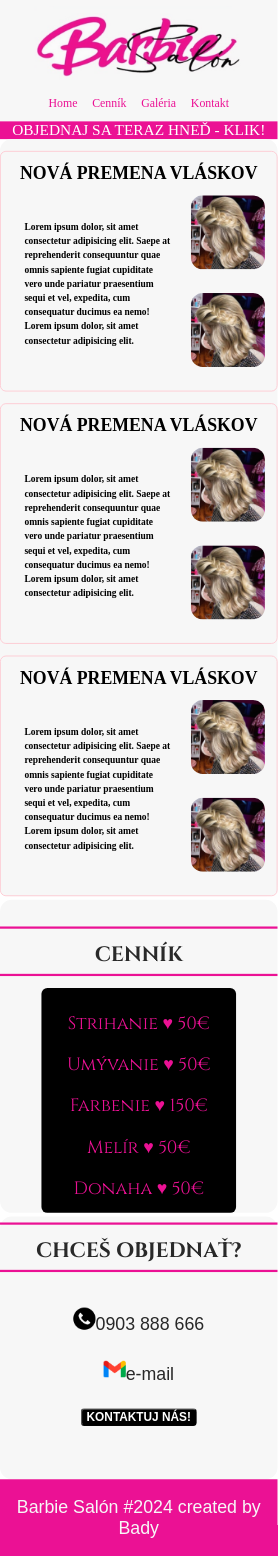
Repository: Badynko/Barbie-salon
Page: index.html
The author's editor kept a copy of each file at every save. The page is drawn from the files as they stood at one save, then again after the next save.
The browser window is 375 px wide. The pictures show the whole page, at 74% of full size.
Some web fonts or font styles are not loaded; a fallback is used.

Above is the page before, as saved 2024-08-08 17:39:24.

After the next save:
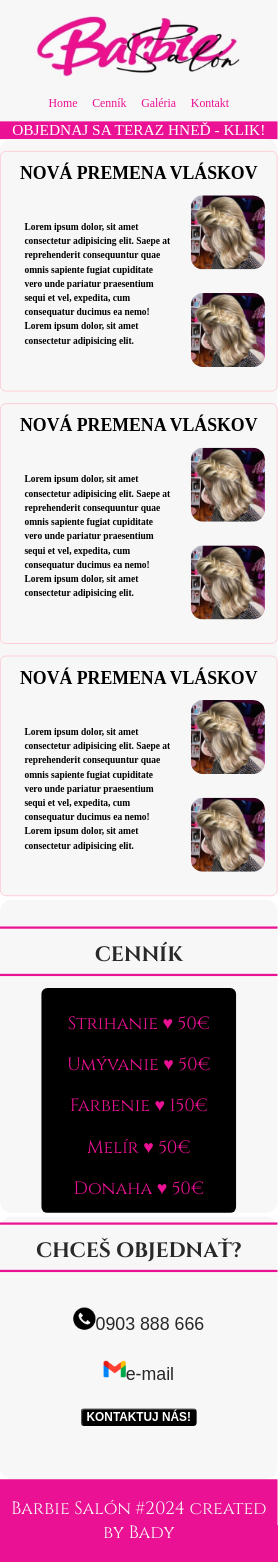
Saved 10 s later.
--- a/css/style.css
+++ b/css/style.css
@@ -376,5 +376,6 @@
 
   .footer {
     width: 100%;
-  }
-}
+    font-family: "Cinzel", serif;
+  }
+}
